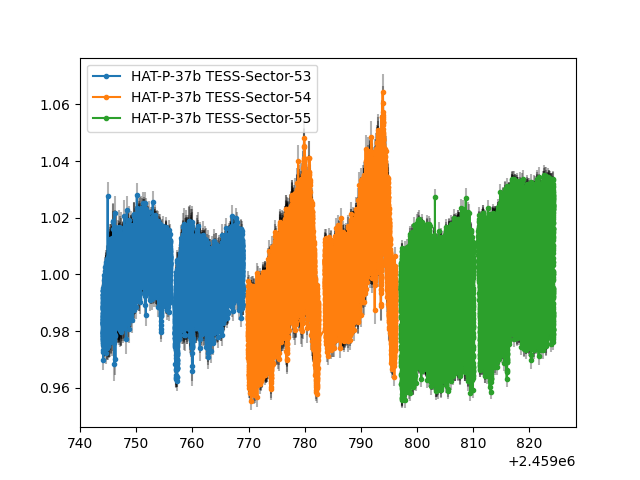
Repository: BoiseStatePlanetary/HAT-P-37-Transit-Timing-Analysis
Script's output: python code/tess_fitting.py
An editor plug-in stored every save of this project. The script's output is shown before and after a run of saves, followed by the edit.
Random numbers start from a fixed seed.

Above is the script's output before, as saved 2025-04-04 17:58:35.

After the next 4 saves:
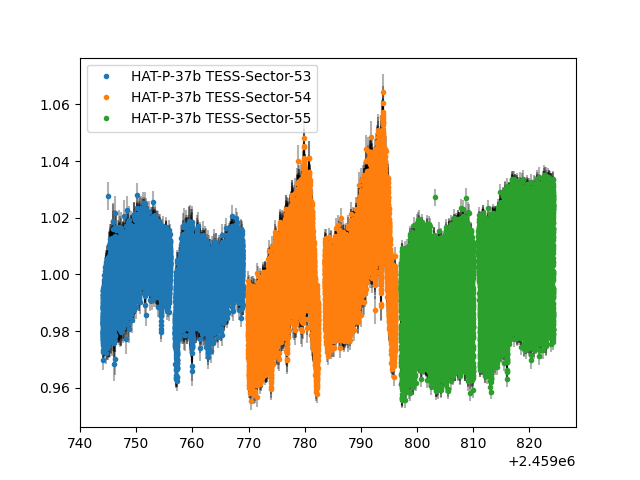
The 4 saves are shown as one change because they came seconds apart.
The last was saved 27 s later.
--- a/code/tess_fitting.py
+++ b/code/tess_fitting.py
@@ -22,7 +22,7 @@ def plot_data(file_name, color_dict):
     planet_name = file_split[-2]
     sector = file_split[-1].split(".")[0]
     plt.errorbar(photdata["BJD_TDB"], photdata["flux"], yerr=photdata["error"], color='k', marker='none', ls='none', alpha=0.3, zorder=0)
-    plt.plot(photdata["BJD_TDB"], photdata["flux"], color=color_dict[sector], marker=".", label=f"{planet_name} {sector}")
+    plt.plot(photdata["BJD_TDB"], photdata["flux"], color=color_dict[sector], marker=".", ls='none', label=f"{planet_name} {sector}")
 
 
 if __name__ == "__main__":
